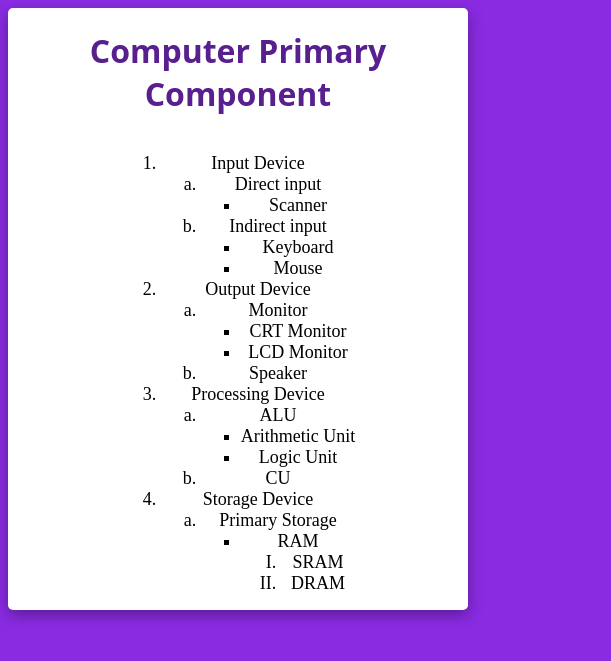
Repository: SharonSebastian32/Nested_List_in_html
Page: index.html
The author's editor kept a copy of each file at every save. The page is drawn from the files as they stood at one save, then again after a run of saves.
The browser window is 320 px wide. The page is 468 px wide, then 611 px, so the pictures cover 611 px, including what lies to the right of the window. The pictures show the whole page.

Above is the page before, as saved 2024-09-01 08:38:46.

### index.html
<!DOCTYPE html>
<html lang="en">
  <head>
    <meta charset="UTF-8" />
    <meta name="viewport" content="width=device-width, initial-scale=1.0" />
    <title>Document</title>
    <link rel="stylesheet" href="./Styles/Styles.css" />
    <link href="https://unpkg.com/aos@2.3.1/dist/aos.css" rel="stylesheet" />
    <style></style>
  </head>
  <body>
    <center>
      <div class="listitem" data-aos="zoom-in-up">
        <h1 class="head">Computer Primary Component</h1>
        <ol>
          <li>Input Device</li>
          <ol type="a">
            <li>Direct input</li>
            <ul style="list-style-type: square">
              <li>Scanner</li>
            </ul>
            <li>Indirect input</li>
            <ul>
              <li>Keyboard</li>
              <li>Mouse</li>
            </ul>
          </ol>
          <li>Output Device</li>
          <ol type="a">
            <li>Monitor</li>
            <ul>
              <li>CRT Monitor</li>
              <li>LCD Monitor</li>
            </ul>
            <li>Speaker</li>
          </ol>
          <li>Processing Device</li>
          <ol type="a">
            <li>ALU</li>
            <ul>
              <li>Arithmetic Unit</li>
              <li>Logic Unit</li>
            </ul>
            <ul></ul>
            <li>CU</li>
          </ol>
          <li>Storage Device</li>
          <ol type="a">
            <li>Primary Storage</li>
            <ul>
              <li>RAM</li>
              <ol type="I">
                <li>SRAM</li>
                <li>DRAM</li>
              </ol>
            </ul>
          </ol>
        </ol>
      </div>
    </center>
    <script src="https://unpkg.com/aos@2.3.1/dist/aos.js"></script>
    <script>
      AOS.init();
    </script>
  </body>
</html>

### Styles/Styles.css
*{
    font-family: system-ui, -apple-system, BlinkMacSystemFont, 'Segoe UI', Roboto, Oxygen, Ubuntu, Cantarell, 'Open Sans', 'Helvetica Neue', sans-serif;

}
.listitem{
   border-radius: 5px;
    display: flex;
    flex-wrap: wrap;
    justify-content: center;
    align-items: center;
    flex-direction: column;
    background-color: rgb(255, 255, 255);
    width: 460px;
    box-shadow: rgba(0, 0, 0, 0.35) 0px 5px 15px;
}


body{
    background-color:blueviolet;
}
   li {
       font-size: 18px;
       font-family: "Times New Roman", Times, serif;
   }

   div:hover {
       transform: scale(1.1);
   }



   .head{
    color: rgb(88, 31, 142)
   }




   /* iPhone 13 and similar (width: 390px) */
   @media (max-width: 390px) {
       .hover-box {
           width: 140px;
           height: 140px;
           font-size: 14px;
       }
   }

   /* Samsung Galaxy S23 and similar (width: 360px) */
   @media (max-width: 360px) {
       .hover-box {
           width: 130px;
           height: 130px;
           font-size: 13px;
       }
   }

   /* Xiaomi 13 5G and similar (width: 320px) */
   @media (max-width: 320px) {
       .hover-box {
           width: 120px;
           height: 120px;
           font-size: 12px;
       }
   }

After the next 2 saves:
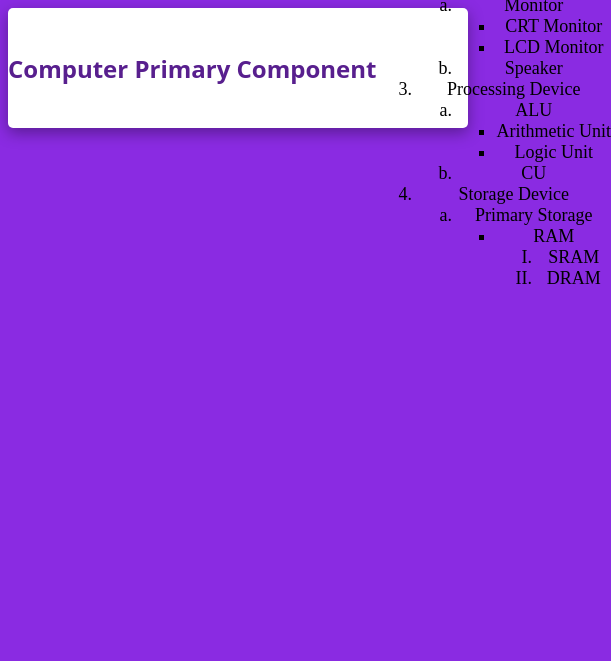
The 2 saves are shown as one change because they came seconds apart.
The last was saved 9 s later.
--- a/Styles/Styles.css
+++ b/Styles/Styles.css
@@ -56,7 +56,7 @@ body{
 
    /* Xiaomi 13 5G and similar (width: 320px) */
    @media (max-width: 320px) {
-       .hover-box {
+       div {
            width: 120px;
            height: 120px;
            font-size: 12px;
